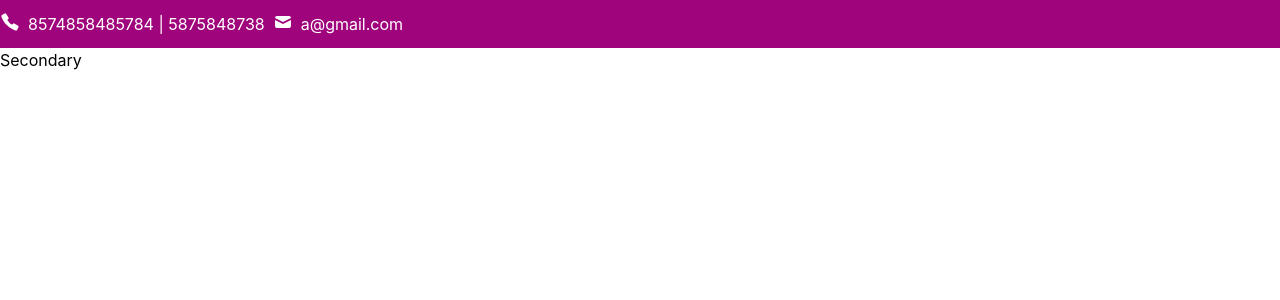
Repository: Sushant203/react-training-
Page: /
The author's editor kept a copy of each file at every save. The page is drawn from the files as they stood at one save, then again after a run of saves.
The browser window is 1280 px wide. The pictures show the whole page.
The project was rebuilt for these pictures with package versions that can differ from the ones it lists, and the page was loaded fresh each time. Also part of the build but not shown: src/App.css, src/components/LowerNav.jsx, src/components/UpperNav.jsx.

Above is the page before, as saved 2022-12-19 09:29:53.

### src/App.js

import './App.css';
import LowerNav from './components/LowerNav';
import UpperNav from './components/UpperNav';
import Layout from './Hoc/Layout/Layout'

function App() {
  return (
    <div>
     <Layout />
    </div>
  );
}

export default App;

### src/Hoc/Layout/Layout.jsx
import React from "react";
import Toolbar from "../../components/Naviagtion/Toolbar/index";

function Layout() {
  return (
    <div>
      {/* toolbar */}
      <Toolbar />
    </div>
  );
}

export default Layout;

### src/components/Naviagtion/Toolbar/index.jsx
import React from "react";
import Header from "./header";
import Secondary from "./Secondary";

function Index() {
  return (
    <div className="h-10 bg-red-400 w-screen">
      <Header />
      <Secondary />
    </div>
  );
}

export default Index;

### src/components/Naviagtion/Toolbar/header.jsx
import React from "react";
import { IoCallSharp } from "react-icons/io5";
import { HiMail } from "react-icons/hi";
function Header() {
  return (
    <div className="py-3 bg-mainColor w-full flex items-center">
      <div className="flex gap-2">
        <div className="flex gap-2 text-white">
          <IoCallSharp className="text-xl text-white" />
          8574858485784 | 5875848738
        </div>
        <div className="text-white flex gap-2">
          <HiMail className="text-xl" />
          a@gmail.com
        </div>
      </div>
    </div>
  );
}

export default Header;

### src/components/Naviagtion/Toolbar/Secondary.jsx
import React from "react";

function Secondary() {
  return <div>Secondary</div>;
}

export default Secondary;

### tailwind.config.js
/** @type {import('tailwindcss').Config} */
module.exports = {
  content: [
    "./src/**/*.{js,jsx,ts,tsx}",
  ],
  theme: {
    extend: {
      colors:{
        mainColor:'#A0047D'
      }
    },
  },
  plugins: [],
}

Loaded but not shown: public/index.html (common file); src/index.js (common file); src/index.css (common file); src/reportWebVitals.js (common file)

After the next 2 saves:
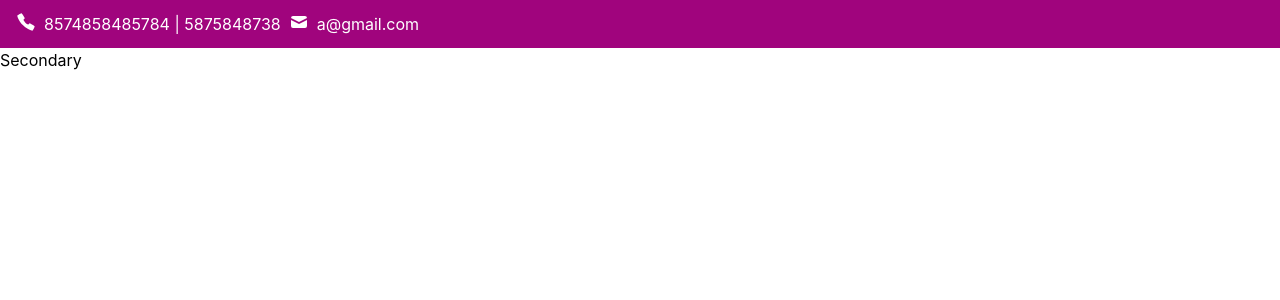
The 2 saves are shown as one change because they came seconds apart.
The last was saved 15 s later.
--- a/src/components/Naviagtion/Toolbar/header.jsx
+++ b/src/components/Naviagtion/Toolbar/header.jsx
@@ -3,7 +3,7 @@ import { IoCallSharp } from "react-icons/io5";
 import { HiMail } from "react-icons/hi";
 function Header() {
   return (
-    <div className="py-3 bg-mainColor w-full flex items-center">
+    <div className="py-3 px-4 bg-mainColor w-full flex items-center">
       <div className="flex gap-2">
         <div className="flex gap-2 text-white">
           <IoCallSharp className="text-xl text-white" />
